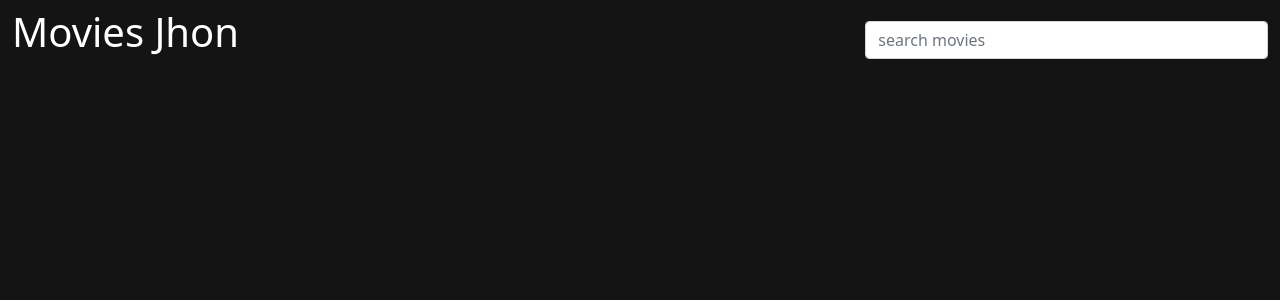
Repository: jhonenmanuel1/movies-get-info-fetch
Page: /
These files come from the project's save history. The page is drawn as it stood at one moment and after the next save; the edit follows.
The browser window is 1280 px wide. The pictures show the whole page.
The page's requests for data from a server got no answer. The project was rebuilt for these pictures with package versions that can differ from the ones it lists, and the page was loaded fresh each time. No one was signed in, and anything a server would have sent is missing.

Above is the page before, as saved 2022-06-19 22:02:31.

### src/App.js
import React, { useCallback, useEffect, useState } from "react";
import "bootstrap/dist/css/bootstrap.min.css";
import'./App.css';
import MovieList from "./components/MoviesList";
import MovieListHeading from "./components/MovieListHeading";
import SearchBox from "./components/SearchBox";

const App = () => {
  const [movies, setMovies] = useState([]);
  const [search, setSearch] = useState('');

  const getMovies = async () => {
    const url = `http://www.omdbapi.com/?s=$ari&apikey=263d22d8`;
    const response = await  fetch(url);
    const responseJson = await response.json();
    console.log(responseJson);
    setMovies(responseJson.Search);

  }
 useEffect(()=>{
    getMovies();
 }, []);
  return (
    <>

      <div className="container-fluid movie-app">
      <div className="row d-flex align-items-center mt-2 mb-4" >
        <MovieListHeading heading="Movies Jhon"/>
        <SearchBox searchValue={search} setSearchValue={setSearch}/>
      <div>

      </div>

      </div>
        <div className="list ">
        <MovieList movies={movies}/>

        </div>

      </div>
    </>
  );
};

export default App;

### src/App.css
body {
    background:#141414 ;
    color:#ffff
}
.movie-app{

}

.movie-app > .list {
    display: flex;
    overflow-x:  scroll;
    flex-wrap: nowrap;


}

### src/components/MoviesList.js
import React from "react";



export default function MovieList (props){
    return(
        <>
            {props.movies.map((movie, index)=><div className="d-flec justify-content-start m-3">
                <img key={index}src={movie?.Poster} alt="See Movies Poster"></img>
            </div>)}
        </>
    )
}

### src/components/MovieListHeading.js
import React from "react";

export default function MovieListHeading(props) {
  return (
    <>
      <di className="col">
        <h1>{props.heading}</h1>

      </di>
    </>
  );
}

### src/components/searchbox.js
import React from "react";

export default function SearchBox() {
  return (
    <div className="col col-sm-4 mt-2">
      <input className="form-control" placeholder="search movies"></input>
    </div>
  );
}

Loaded but not shown: public/index.html (common file); src/index.js (common file)

After the next save:
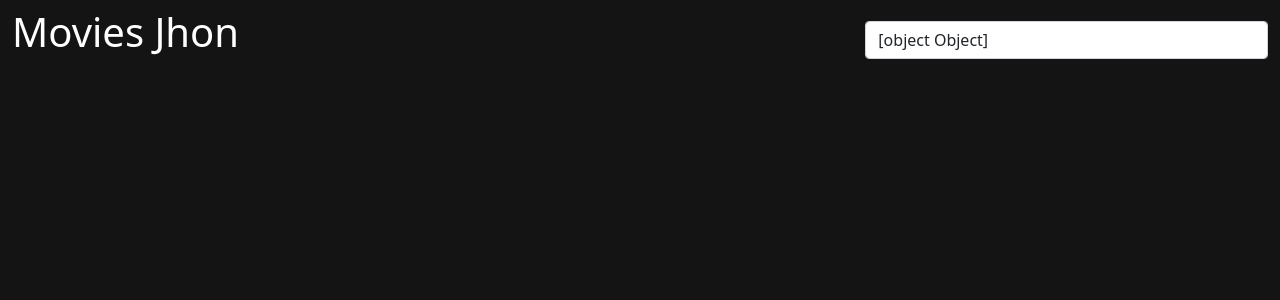
Saved 54 s later.
--- a/src/components/searchbox.js
+++ b/src/components/searchbox.js
@@ -1,9 +1,10 @@
 import React from "react";
 
-export default function SearchBox() {
+export default function SearchBox(props) {
   return (
     <div className="col col-sm-4 mt-2">
-      <input className="form-control" placeholder="search movies"></input>
+      <input className="form-control" placeholder="search movies"
+            value={props}></input>
     </div>
   );
 }

After the save that followed:
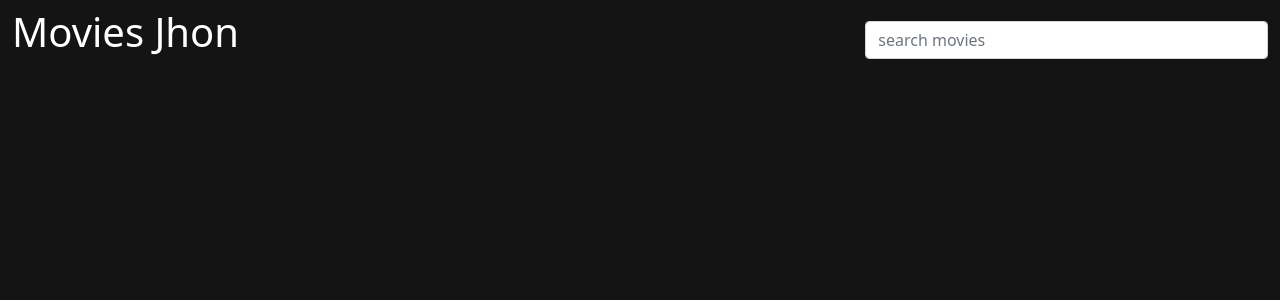
Saved 8 s later.
--- a/src/components/searchbox.js
+++ b/src/components/searchbox.js
@@ -4,7 +4,7 @@
   return (
     <div className="col col-sm-4 mt-2">
       <input className="form-control" placeholder="search movies"
-            value={props}></input>
+            value={props.value}></input>
     </div>
   );
 }
